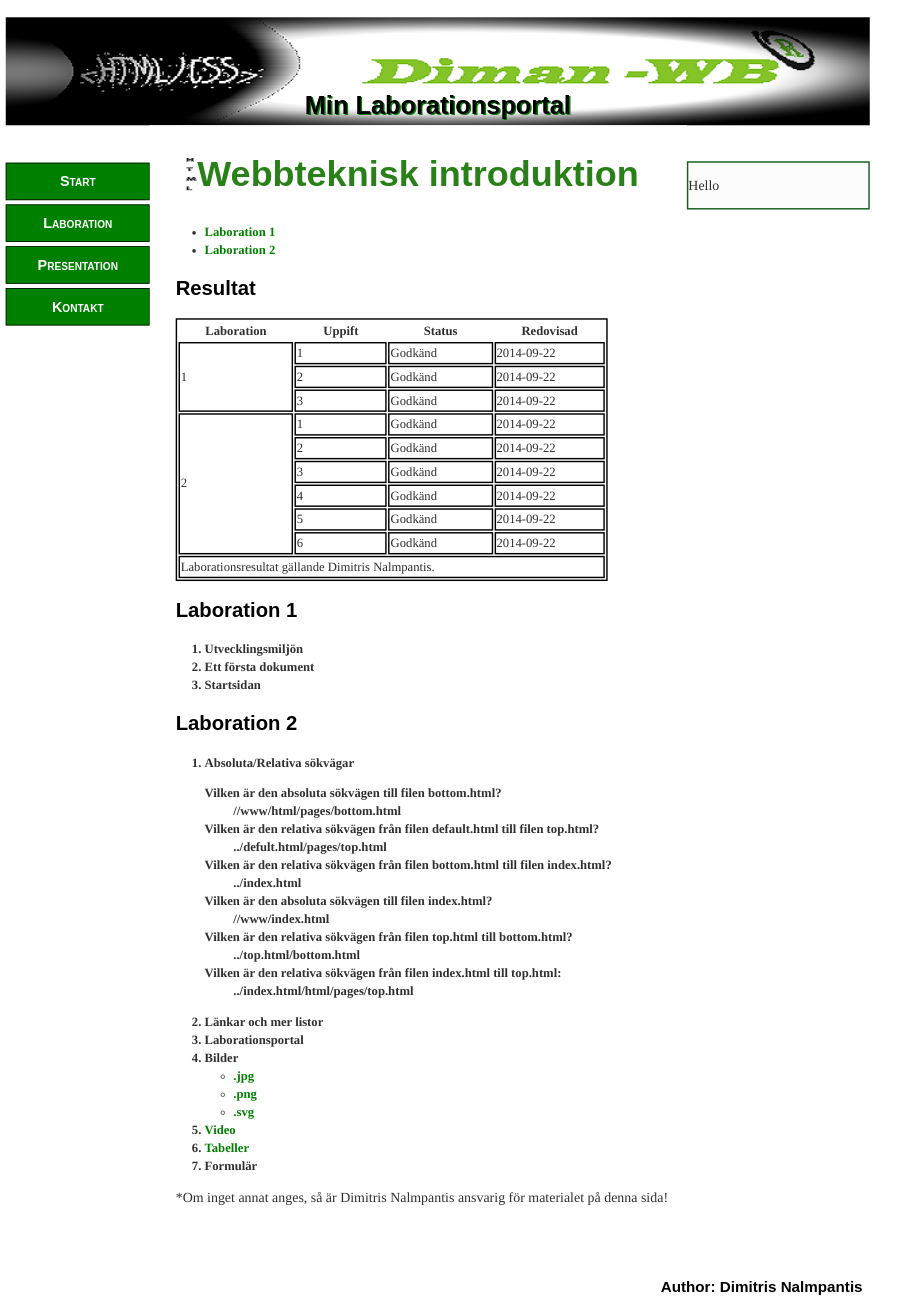
Repository: dn222em/1ik415-laborationer
Page: pages/laborationer.html
The author's editor kept a record of every edit. The page is drawn from the files as they stood at one moment, then again after the next edit.
The browser window is 1280 px wide. The pictures show the whole page, at 72% of full size.

Above is the page before.

### pages/laborationer.html
<!doctype html>
<html lang="sv">
	<head>
		<meta charset="utf-8" />
			<title>Laborationer</title>
				<link rel="stylesheet" href="../CSS/style.css"/>
	</head>
		<body>
<div id="container">
	<div id="top">

		<h1 id="title">Min Laborationsportal</h1>
	</div>

	<div id="navigation">
		<ul class="menu">
			<li><a href="../index.html" class="active">Start</a></li>
			<li><a href="../pages/laborationer.html" class="active">Laboration</a></li>
			<li><a href="../pages/Presentation.html" class="active">Presentation</a></li>
			<li><a href="../pages/Kontakt.html" class="active">Kontakt</a></li>
		</ul>
	</div>
	<div id="content">
				<h2 class="minilogo">Webbteknisk introduktion</h2>

	    			<ul>
	    			    <li><a href="#one">Laboration 1</a></li>
	    			    <li><a href="#two">Laboration 2</a></li>
	    			</ul>
				<h3><a id="tabell-1">Resultat</a></h3>
	    			<table class="tables">
	    			<thead>
	    				<tr class="single">
	    					<th>Laboration</th>
	    					<th>Uppift</th>
	    					<th>Status</th>
	    					<th>Redovisad</th>
	    				</tr>
					</thead>
					<tfoot>
	    				<tr class="doubbel">
	    					<td colspan="4">
	    						Laborationsresultat gällande Dimitris Nalmpantis.
	    					</td>
	    				</tr>
	    			</tfoot>
	    			<tbody>
	    				<tr class="single">
	    					<td rowspan="3"> 1 </td>
	    					<td>1</td>
	    					<td>Godkänd</td>
	    					<td>2014-09-22</td>
	    				</tr>
	    				<tr class="doubbel">
	    					<td>2</td>
	    					<td>Godkänd</td>
	    					<td>2014-09-22</td>
	    				</tr>
	    				<tr class="single">
	    					<td>3</td>
	    					<td>Godkänd</td>
	    					<td>2014-09-22</td>
	    				</tr>
	    				<tr class="doubbel">
	    					<td rowspan="6"> 2</td>
	    					<td>1</td>
	    					<td>Godkänd</td>
	    					<td>2014-09-22</td>
	    				</tr>
						<tr class="single">
	    					<td>2</td>
	    					<td>Godkänd</td>
	    					<td>2014-09-22</td>
	    				</tr>
						<tr class="doubbel">
	    					<td>3</td>
	    					<td>Godkänd</td>
						<td>2014-09-22</td>
	    				</tr>
						<tr class="single">
	    					<td>4</td>
	    					<td>Godkänd</td>
						<td>2014-09-22</td>
	    				</tr>
						<tr class="doubbel">
	    					<td>5</td>
	    					<td>Godkänd</td>
							<td>2014-09-22</td>
	    				</tr>
						<tr class="single">
	    					<td>6</td>
	    					<td>Godkänd</td>
	    					<td>2014-09-22</td>
	    				</tr>
					</tbody>
	    			</table>
	    	<h3> <a id="one">Laboration 1</a></h3>

	    	        <ol>
	    	        	<li>Utvecklingsmiljön</li>
	    	        	<li>Ett första dokument</li>
	    	        	<li>Startsidan</li>
	    	        </ol>

	    	<h3> <a id="two">Laboration 2</a></h3>

	    	       	<ol>
						<li>Absoluta/Relativa sökvägar
							<dl>
							<dt> Vilken är den absoluta sökvägen till filen bottom.html?</dt>
								<dd>//www/html/pages/bottom.html</dd>
							<dt>Vilken är den relativa sökvägen från filen default.html till filen top.html?</dt>
								<dd>../defult.html/pages/top.html</dd>
							<dt>Vilken är den relativa sökvägen från filen bottom.html till filen index.html?</dt>
								<dd>../index.html</dd>
							<dt>Vilken är den absoluta sökvägen till filen index.html?</dt>
								<dd>//www/index.html</dd>
							<dt>Vilken är den relativa sökvägen från filen top.html till bottom.html?</dt>
								<dd>../top.html/bottom.html</dd>
							<dt>Vilken är den relativa sökvägen från filen index.html till top.html:</dt>
								<dd>../index.html/html/pages/top.html</dd>
							</dl>
						<li>Länkar och mer listor</li>
						<li>Laborationsportal</li>
						<li>Bilder
							<ul>
								<li><a href="Presentation.html#bild">.jpg</a></li>
								<li><a href="../index.html#logo">.png</a></li>
								<li><a href="../index.html#svg1">.svg</a></li>
							</ul>
						<li><a href="../index.html#animals">Video</a></li>
						<li><a href="#tabell-1">Tabeller</a></li>
						<li>Formulär</li>
	    	        </ol>

	    	<p>*Om inget annat anges, så är Dimitris Nalmpantis ansvarig för materialet på denna sida!</p>
	</div>

	<div id="sidebar">
		<p>Hello</p>
	</div>
	<div id="footer">
	    <h6>Author: Dimitris Nalmpantis</h6>
	</div>
</div>
	</body>
</html>

### CSS/style.css

/*Layout
 Using: Two columns floating layout
Total width: 1100px
-----------------------------------------------------------------------------------------------------------*/
/*Container white (#FFFFF)
*Top -  green { #125F1B } --> Title( #2A8018)
*Navigation green
*Content - #FFFFF
*footer-white { #fff }
*Siderbar #fcfcfc (white.gray)

------------------------------------------------------------------*/
#container {
width: 1200px;
background-color:white;
margin-right:0px;
margin-left:0px;
position:relative;


}

/*Top
-------------------------------------------------------------------*/
#top {

	height: 150px;
	background-color: #125F1B;
	background: url('../pics/logo.png') no-repeat; background-size:1200px 150px;

}

#title {
	font-family: "arial", "helvetica", "serif"; color: black;
	font-size:2em;
	text-shadow: 2px 2px green;
	text-align:center;
	padding-top: 90px;
}

/*Navigation -Menu
-------------------------------------------------------------------*/
#navigation {
	margin-top: 1px;
	width: 200px;	height:auto;
	float: left;
	background-color:#FFF;
	padding:0px;
	padding-top:50px;
}

/*Content
-------------------------------------------------------------------*/
#content {
	background-color: #FFF;
	width: 710px;
	margin-bottom: 20px;
	float: left;
	padding:0px;
	padding-left:36px;


}

/*Sidebar
-------------------------------------------------------------------*/
#sidebar {
	background-color: #fcfcfc;
	font-family: "arial", "helvetica", "sans-serif"; color: white;
	border: 2px solid #125F1B;
	margin-top: 50px;
	width: 250px;
	float: right;
	padding:0px;


}

/*Footer
--------------------------------------------------------------------*/
#footer {
clear:both;
padding:10px;
background-color:#fff;
color:white;
text-align:right;
height:60px;

}

/*Menu attributes
------------------------------------------------------*/
.menu {
	float:left;
	font-family: "arial", "helvetica", "serif"; font-variant:small-caps;
	font-size: 20px; font-weight:bold;
	margin-top:1px;
	margin-left:0px;
	padding:0px;

}

.menu li {
	text-decoration:none;
	list-style-type:none;
	height: 58px; line-height: 50px;
	padding-top:0px;	padding-left:0px;	padding-right:0px;

}
.menu li a {
	display:block;
	border:solid 1px black;	text-align:center;	width: 198px;
background-color:green; 	color:white;

}

.menu li a:visited{ color:white; background-color:green;}

.menu li a:active{ background-color:white;	color:black;}

.menu li a:hover{ background-color:white;color:green;}

.menu li a:focus { background-color:black;	color:green;}



/*Typografi
---------------------------------------------------------------------------------------------------------*/
/*Links
-------------------------------*/
a:link {color:green; text-decoration:none;}
a:visited {color:#CB29D5;} /*lila*/
a:hover{color:red;}
a:focus {color:blue;}
a:active{color:#29D17;} /*light-green*/

/*Headers
------------------------------*/
body {font-family :"times", "georgia", "serif", "Lucida Sans Unicode", "Lucida Grande";
	line-height: 25px; color: #312F2F; font-size: 1.1em; width:674px;}

h1, h2, h3, h4, h5, h6 {font-family: "arial", "tahoma", "helvetica", "san serif", "verdana";
font-weight:bold; color: #2A8018; line-height: 1.8em;  font-size: 1.8em;} /*tema-green*/

h2 {line-height: 28px;  font-size: 28px;}
h3 {line-height: 26px;  color:  black; font-size: 1.6em;}
h4 {line-height: 25px;  color:  black; font-size: 1.4em;}
h5 {line-height: 25px;  color:  black; font-size: 1.3em; text-transform:uppercase;}
h6 {line-height: 25px;  color:  black; font-size: 1.2em; font-weight:none;}

/*Body
-----------------------------*/
p {font-family :"times", "georgia", "serif", "Lucida Sans Unicode", "Lucida Grande";
			line-height: 25px; color: #312F2F; font-size: 1.1em; 	} /*grey-black*/

#content ol, ul{font-family: "arial", "tahoma", "helvetica", "san serif", "verdana";
			line-height: 25px; color: #4829D1; font-size: 1em;}

#content li, dl, dt  {font-family :"times", "georgia", "serif", "Lucida Sans Unicode", "Lucida Grande";
			line-height: 25px; color: #312F2F; font-size: 1em; font-weight:bold;}

/*Media
------------------------------*/
img { max-width:710px;}

video {max-width:710px;}

/*Speciall typografi- classes
-----------------------------*/
#special {font-family:"sans-serif"; font-size: 40px; font-weight:bold;}

#ps {text-align:right; font-family:"arial", "tahoma", "helvetica", "san serif", "verdana";
			font-size: 0.8em; }


/*Speciall media - classes
-----------------------------*/
.sociall {width: 350px; height: 250px;
	  background-image: url("pics/social-networks.jpg");
	  background-repeat:no-repeat;
	  background-size: 350px; float: right;
			border:solid 8px green;}

#bild  {width: auto; height: auto;
		 float: right;
			border:solid 8px green;
			max-width:100%;
			max-height:auto;}

.minilogo { background-image:url("pics/minilogob.jpg"); /*minilogo på första titeln*/
		background-repeat: no-repeat;/* repeat, repeat-x, repeat-y */
		background-position: top left; /* right, bottom, center ... */
		background-size: 40px 50px;
		text-indent: 30px;
		font-size: 50px;
		line-height:53px;}

		.ram {border-style:double; background-color: rgb(194, 187, 187);
			margin:20px; border-width:8px; padding:20px; }

		.right{width: 250px; height: 250px;
		 float: right;
			border:solid 2px olive;}



/*Speciall tabeller- classes
-----------------------------*/

.tables, td {border:2px solid black; width: 600px; height:auto;}

.single{

.doubbel{

After the next edit:
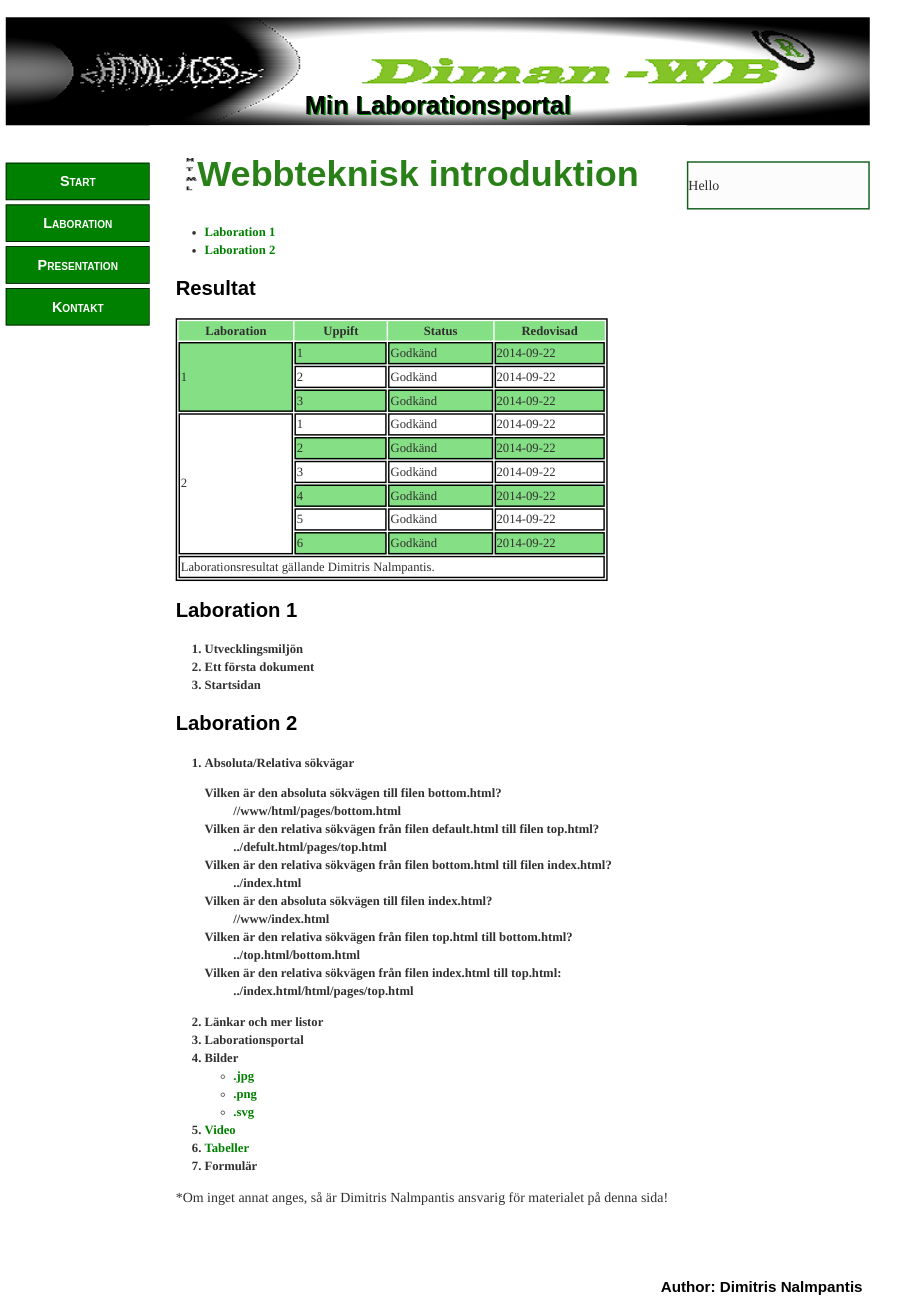
The edit:
--- a/CSS/style.css
+++ b/CSS/style.css
@@ -210,6 +210,6 @@
 
 .tables, td {border:2px solid black; width: 600px; height:auto;}
 
-.single{
+.single{background-color: rgb(133, 224, 133);}
 
 .doubbel{
